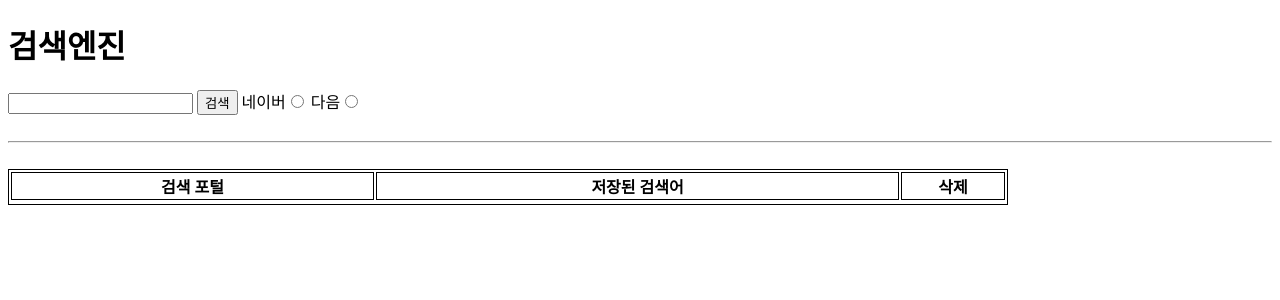
Repository: odasd/Ark-html
Page: http://localhost/project01/search.jsp
An editor plug-in stored every save of this project. The page is shown before and after the next save, followed by the edit.
The browser window is 1280 px wide. The pictures show the whole page.
Some web libraries are served in a nearby version. The page is served by Tomcat 9. Other server files are loaded and not shown.

Above is the page before, as saved 2020-04-24 08:28:23.

### 20200424/project01/WebContent/search.jsp
<%@ page language="java" contentType="text/html; charset=UTF-8" pageEncoding="UTF-8"%>
<%@ page import="project01.* ,java.util.* , java.*" %>

<!DOCTYPE html>
<html>
<head>
	<meta charset="UTF-8">
	<title>검색엔진ㅋㅋ</title>
	<script src="http://code.jquery.com/jquery-1.9.1.js"></script>
	<script src="https://cdnjs.cloudflare.com/ajax/libs/handlebars.js/3.0.1/handlebars.js"></script>
	<style>
		#tbl {border:1px solid black; width:1000px;}
		#content {border:1px solid black;}
		th {border:1px solid black;}
	</style>
</head>
<body>
	<h1>검색엔진</h1>
	<div>
	<input type="text" id="txtsearch">
	<input type="button" id="btnsearch" value="검색">
	네이버<input type="radio" name="sp" value="네이버">
	다음<input type="radio" name="sp" value="다음">
	</div>
	<div>
		<br>
		<hr>
		<br>
		<table id="tbl">
			<tr class="content">
				<th>검색 포털</th>
				<th>저장된 검색어</th>
				<th width=100>삭제</th>
			</tr>
			<tr class="content">
			<%

			%>
			</tr>

		</table>
	</div>
</body>
</html>

After the next save:
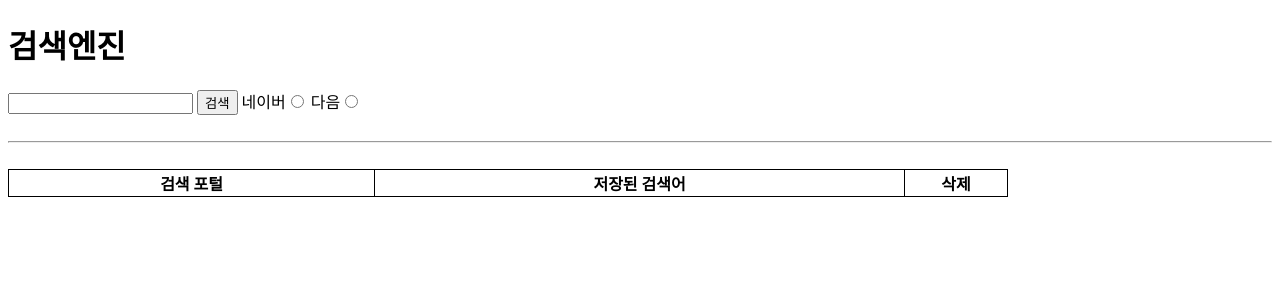
Saved 29 s later.
--- a/20200424/project01/WebContent/search.jsp
+++ b/20200424/project01/WebContent/search.jsp
@@ -9,7 +9,7 @@
 	<script src="http://code.jquery.com/jquery-1.9.1.js"></script>
 	<script src="https://cdnjs.cloudflare.com/ajax/libs/handlebars.js/3.0.1/handlebars.js"></script>
 	<style>
-		#tbl {border:1px solid black; width:1000px;}
+		#tbl {border:1px solid black; width:1000px; border-collapse:collapse;}
 		#content {border:1px solid black;}
 		th {border:1px solid black;}
 	</style>
